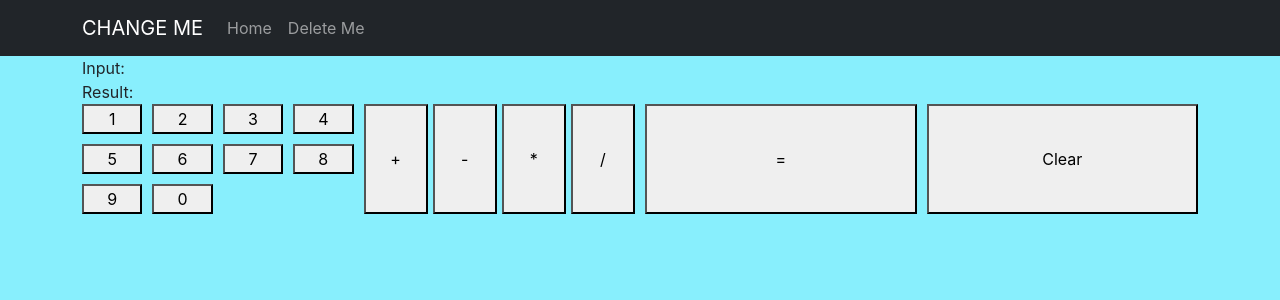
Repository: jgramirez0210/calculator-react
Page: /
An editor plug-in stored every save of this project. The page is shown before and after the next save, followed by the edit.
The browser window is 1280 px wide. The pictures show the whole page.
The project was rebuilt for these pictures with package versions that can differ from the ones it lists, and the page was loaded fresh each time. The framework's server and built-in components were replaced by stand-ins that run in the browser. Also part of the build but not shown: next.config.js.

Above is the page before, as saved 2024-01-09 20:24:21.

### pages/_app.js
/* eslint-disable react/prop-types */
import 'bootstrap/dist/css/bootstrap.min.css';
import NoAuth from '../components/NoAuth'; // TODO: COMMENT OUT FOR AUTH
import '../styles/globals.css';
// import { AuthProvider } from '../utils/context/authContext'; // TODO: COMMENT IN FOR AUTH
// import ViewDirectorBasedOnUserAuthStatus from '../utils/ViewDirector'; // TODO: COMMENT IN FOR AUTH

function MyApp({ Component, pageProps }) {
  return (
    <>
      <NoAuth
        component={Component}
        pageProps={pageProps}
      />

      {/* TODO: Delete NoAuth component above and comment in code below for authentication */}
      {/* <AuthProvider>
        <ViewDirectorBasedOnUserAuthStatus
          // if status is pending === loading
          // if status is logged in === view app
          // if status is logged out === sign in page
          component={Component}
          pageProps={pageProps}
        />
      </AuthProvider> */}
    </>
  );
}

export default MyApp;

### pages/index.js
import React, { useState } from 'react';
import { evaluate } from 'mathjs';

function Calculator() {
  const [input, setInput] = useState('');
  const [result, setResult] = useState(null);

  const handleDigit = (digit) => {
    setInput((prevInput) => prevInput + digit);
  };
  const handleOperation = (operation) => {
    setInput((prevInput) => prevInput + operation);
  };
  const calculateResult = () => {
    try {
      if (/[\d]$/.test(input)) {
        setResult(evaluate(input));
      } else {
        setResult('Error: Invalid expression');
      }
    } catch (error) {
      setResult('Error: Invalid expression');
    }
  };
  const handleClear = () => {
    setInput('');
    setResult(null);
  };
  return (
    <div>
      <div> Input: {input}</div>
      <div> Result: {result}</div>
      <div className="calculator-grid">
        <div className="calculator-numbers">
          {[1, 2, 3, 4, 5, 6, 7, 8, 9, 0].map((digit) => (
            <button type="button" className={`button-${digit}`} onClick={() => handleDigit(digit)}>{digit}</button>
          ))}
        </div>
        <div className="calculator-operators">
          {['+', '-', '*', '/'].map((operation) => (
            <button type="button" onClick={() => handleOperation(operation)}>{operation}</button>
          ))}
        </div>
        <button type="button" onClick={calculateResult}>=</button>
        <button type="button" onClick={handleClear}>Clear</button>
      </div>
    </div>
  );
}

export default Calculator;

### components/NoAuth.js
/* eslint-disable react/forbid-prop-types */
import React from 'react';
import PropTypes from 'prop-types';
import NoAuthNavBar from './NoAuthNavBar';

function NoAuth({ component: Component, pageProps }) {
  return (
    <>
      <NoAuthNavBar />
      <div className="container">
        <Component {...pageProps} />
      </div>
    </>
  );
}

NoAuth.propTypes = {
  component: PropTypes.func.isRequired,
  pageProps: PropTypes.oneOfType([PropTypes.object]).isRequired,
};

export default NoAuth;

### styles/globals.css
@import 'bootstrap/dist/css/bootstrap.css';

html,
body {
  padding: 0;
  margin: 0;
  font-family: -apple-system, BlinkMacSystemFont, Segoe UI, Roboto, Oxygen,
    Ubuntu, Cantarell, Fira Sans, Droid Sans, Helvetica Neue, sans-serif;
}

a {
  color: inherit;
  text-decoration: none;
}

* {
  box-sizing: border-box;
}

body {
  background-color: #88effd;
}

.calculator-grid {
  display: grid;
  grid-template-columns: repeat(4, 1fr);
  gap: 10px;
}
.calculator-numbers {
  display: grid;
  grid-template-columns: repeat(4, 1fr);
  gap: 10px;
}
.calculator-operators {
  display: grid;
  grid-template-columns: repeat(4, 1fr);
  gap: 5px;
}
/* .button-0 {
  background-color: #4caf50;
  border: none;
  color: white;
  text-align: center;
  display: inline-block;
  font-size: 16px;
  margin: 4px 2px;
  cursor: pointer;
  border-radius: 12px;
  padding: 15px 32px;
} */

.button:hover {
  background-color: #45a049;
}

### components/NoAuthNavBar.js
/* eslint-disable jsx-a11y/anchor-is-valid */
import React from 'react';
import Link from 'next/link';
import {
  Navbar, Container, Nav,
} from 'react-bootstrap';

export default function NoAuthNavBar() {
  return (
    <Navbar collapseOnSelect expand="lg" bg="dark" variant="dark">
      <Container>
        <Link passHref href="/">
          <Navbar.Brand>CHANGE ME</Navbar.Brand>
        </Link>
        <Navbar.Toggle aria-controls="responsive-navbar-nav" />
        <Navbar.Collapse id="responsive-navbar-nav">
          <Nav className="me-auto">
            {/* CLOSE NAVBAR ON LINK SELECTION: https://stackoverflow.com/questions/72813635/collapse-on-select-react-bootstrap-navbar-with-nextjs-not-working */}
            <Link passHref href="/">
              <Nav.Link>Home</Nav.Link>
            </Link>
            <Link passHref href="/delete-me">
              <Nav.Link>Delete Me</Nav.Link>
            </Link>
          </Nav>
        </Navbar.Collapse>
      </Container>
    </Navbar>
  );
}

After the next save:
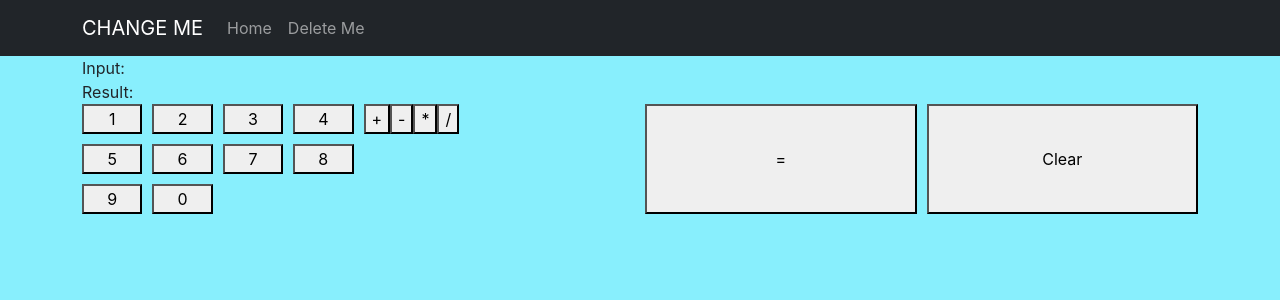
Saved 24 s later.
--- a/styles/globals.css
+++ b/styles/globals.css
@@ -32,8 +32,7 @@ body {
   gap: 10px;
 }
 .calculator-operators {
-  display: grid;
-  grid-template-columns: repeat(4, 1fr);
+
   gap: 5px;
 }
 /* .button-0 {
